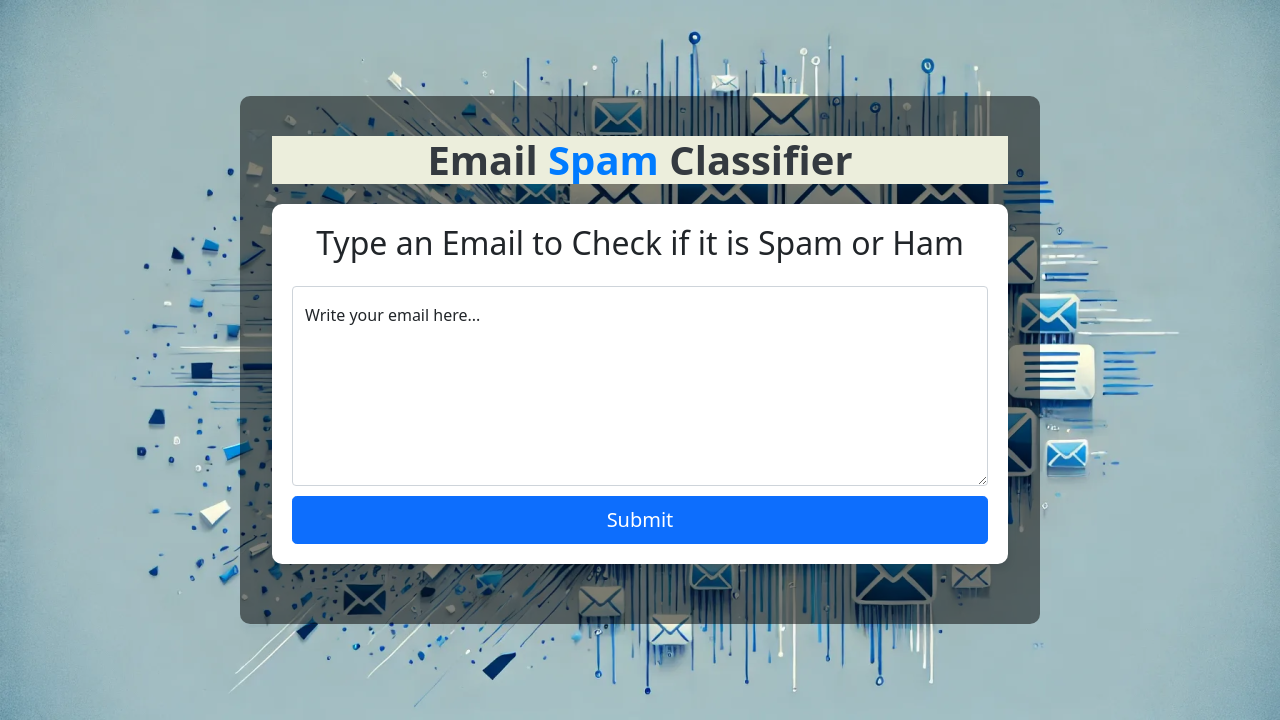
Repository: Pradnya-07/Spam_Email_Detection
Page: templates/index.html
The author's editor kept a copy of each file at every save. The page is drawn from the files as they stood at one save, then again after the next save.
The browser window is 1280 px wide. The pictures show the whole page.
The page is served by the project's application, run on Flask 3 (app.py). The template is opened directly, without the code that normally fills it, so the values that code supplies are empty.

Above is the page before, as saved 2025-05-02 16:09:36.

After the next save:
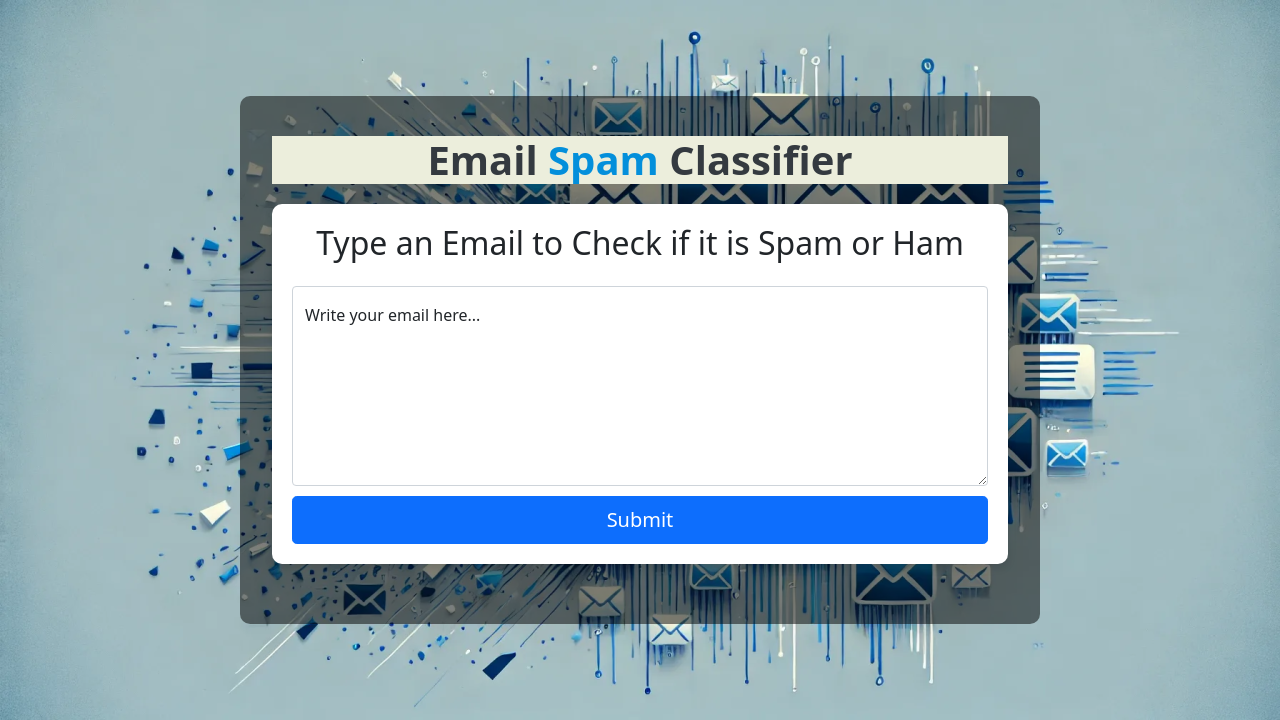
Saved 59 s later.
--- a/templates/index.html
+++ b/templates/index.html
@@ -64,7 +64,7 @@
     }
 
     .page-title span {
-      color: #007bff;
+      color: #038fdb;
     }
 
     .container {
